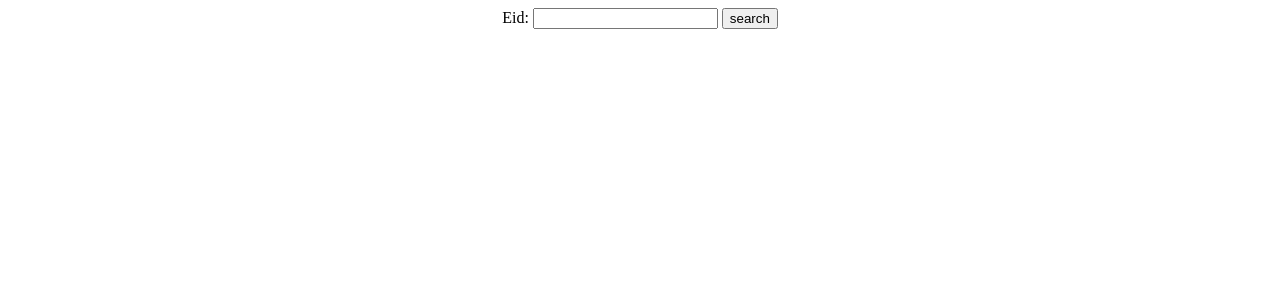
Repository: abhishekj720/HSBCLearn
Page: html/AjaxDemo1/WebContent/AjaxEmpApp.html
These files come from the project's save history. The page is drawn as it stood at one moment and after the next save; the edit follows.
The browser window is 1280 px wide. The pictures show the whole page.

Above is the page before, as saved 2019-07-31 07:39:37.

After the next save:
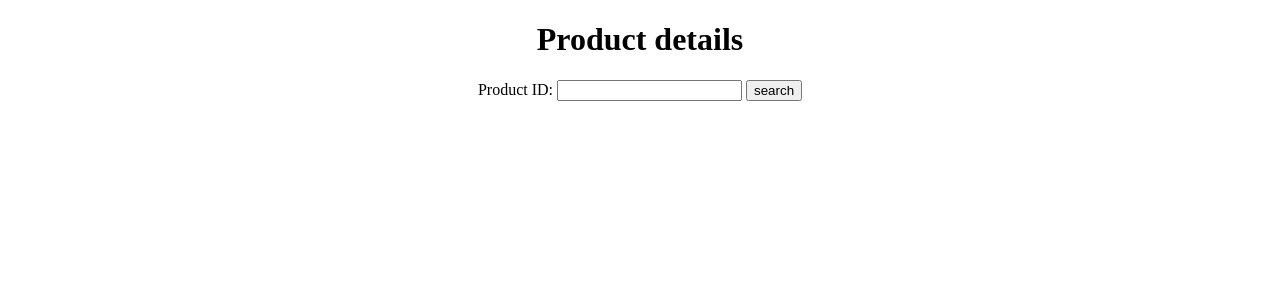
Saved 18 min 35 s later.
--- a/html/AjaxDemo1/WebContent/AjaxEmpApp.html
+++ b/html/AjaxDemo1/WebContent/AjaxEmpApp.html
@@ -17,25 +17,26 @@
 		  alert("EID is not a number");
 	  }
 	  else{
-		  if(json[elem] !=undefined){
-			document.getElementById("tbl1").style.display="block";
-			document.getElementById("teid").innerHTML=json[elem].eid;
-			document.getElementById("tname").innerHTML=json[elem].ename;
-			document.getElementById("tsal").innerHTML=json[elem].sal;
-		  }else{
-			  document.getElementById("tbl1").style.display="none";
-			  alert("no row found");
-		  }
+		  doAjax(id);
 
 		}
 
   }
+  function doAjax(id){
+	  var ajax=new XMLHttpRequest();
+	  var url="http://localhost:8080/AjaxDemo/products.json";
+  }
 </script>
 </head>
 <body>
+<h1 align="center">Product details</h1>
+</hr>
 <div align="center">
-   Eid: <input type="text" id="txtid"/>
-   <input type="button" value="search" onclick="display()"/>
+Product ID: <input type="text" id="txtid"/>
+<input type="button" value="search" onclick="search()"/>
+</div>
+<div id="err"></div>
+<div align="center">
    <table id="tbl1" cellpadding="10" bgcolor="cyan" style="margin:0px auto;display:none;width:200px" >
 	    <tr>
 			<td>EID</td>
